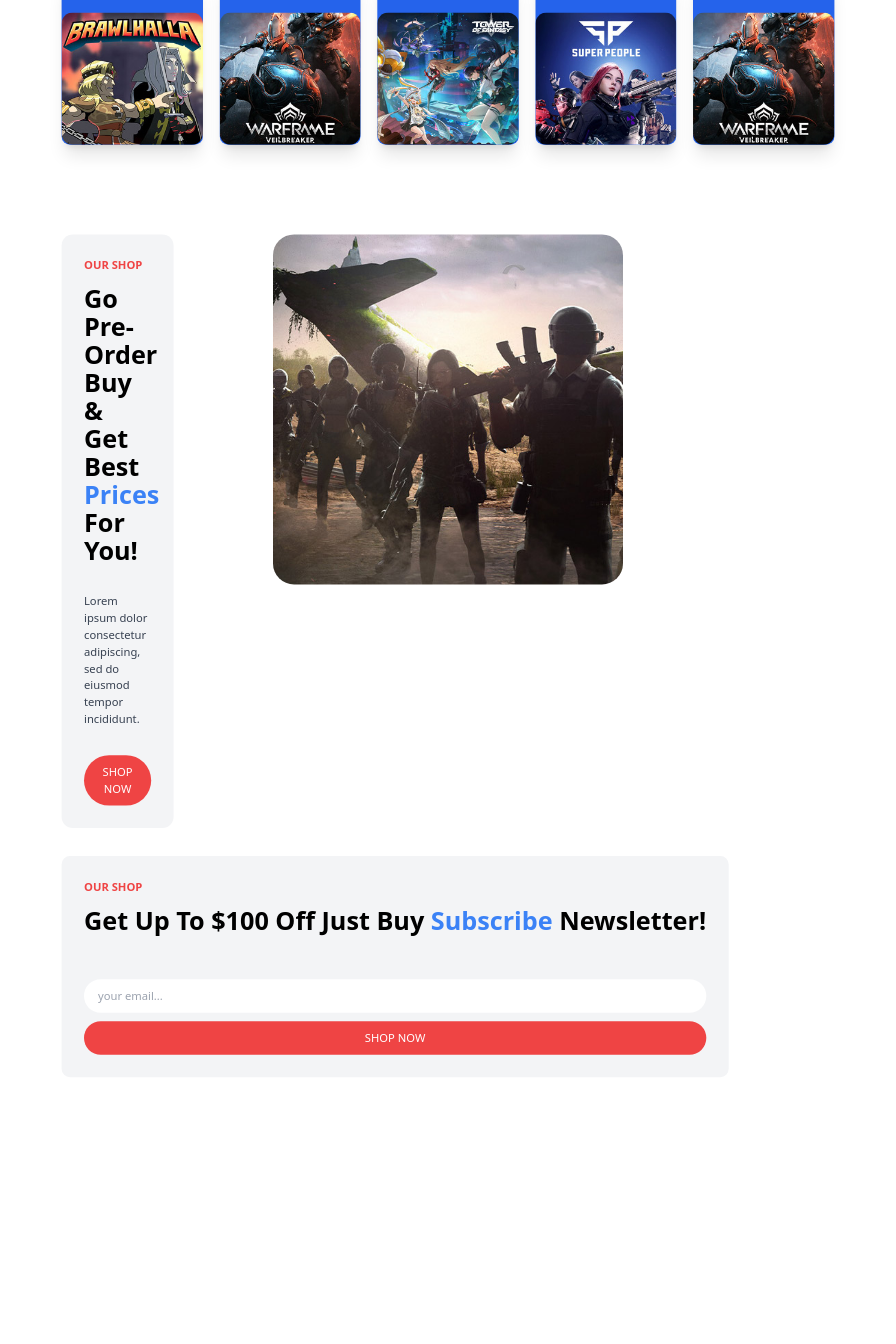
Repository: SERPENTX03/Clone-Lugx-Gaming
Page: /
The author's editor kept a copy of each file at every save. The page is drawn from the files as they stood at one save, then again after the next save.
The browser window is 1280 px wide. The pictures show the part of the page from y = 2487 to 4407 px (the page is 5034 px tall before and 4858 px after), at 70% of full size.
The project was rebuilt for these pictures with package versions that can differ from the ones it lists, and the page was loaded fresh each time. The framework's server and built-in components were replaced by stand-ins that run in the browser. Also part of the build but not shown: next.config.ts.

Above is the page before, as saved 2025-03-04 21:48:17.

After the next save:
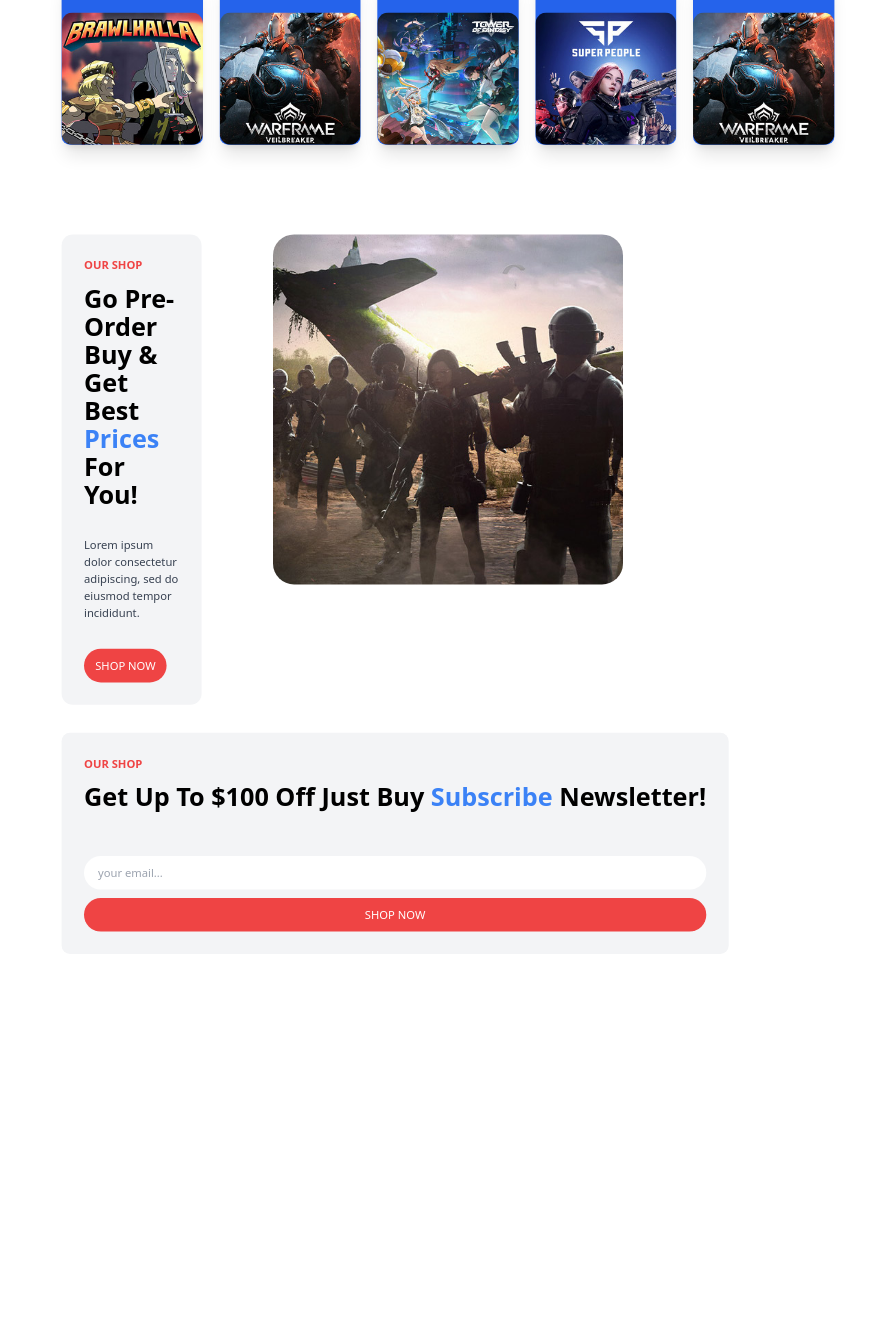
Saved 7 s later.
--- a/components/Subscribe.tsx
+++ b/components/Subscribe.tsx
@@ -4,7 +4,7 @@
       <div className="cat-bg hidden lg:block absolute top-0 left-1/2 transform -translate-x-1/2"></div>
 
       <div>
-        <div className="relative lg:w-40">
+        <div className="relative lg:w-[200px]">
           <div className="bg-gray-100 p-8 w-full rounded-2xl">
             <h2 className="text-red-500 font-bold">OUR SHOP</h2>
             <div className="text-4xl font-bold mt-4">
